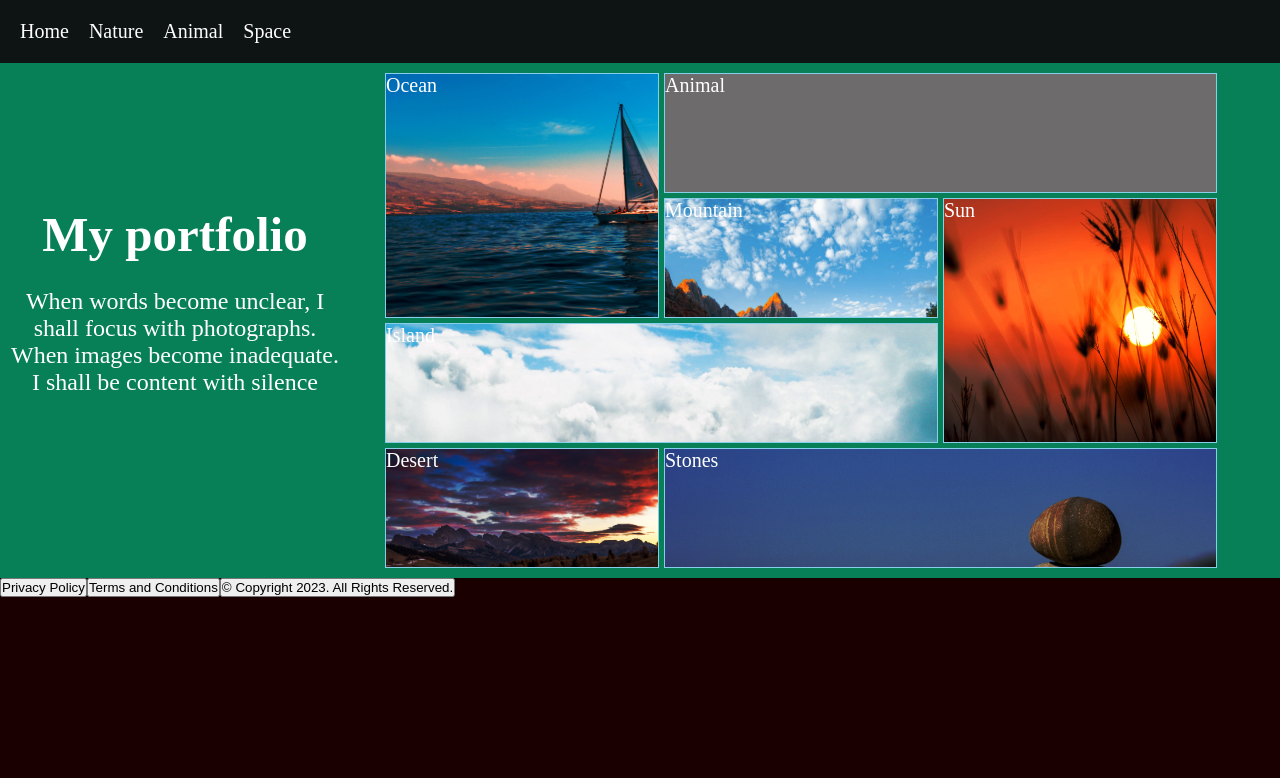
Repository: suraj-yadav7/03_Gallery_Portfolio
Page: index.html
An editor plug-in stored every save of this project. The page is shown before and after the next save, followed by the edit.
The browser window is 1280 px wide. The pictures show the whole page.
Pictures or frames that could not be fetched are drawn as grey boxes. Some web fonts or font styles are not loaded; a fallback is used.

Above is the page before, as saved 2023-02-14 21:21:32.

After the next save:
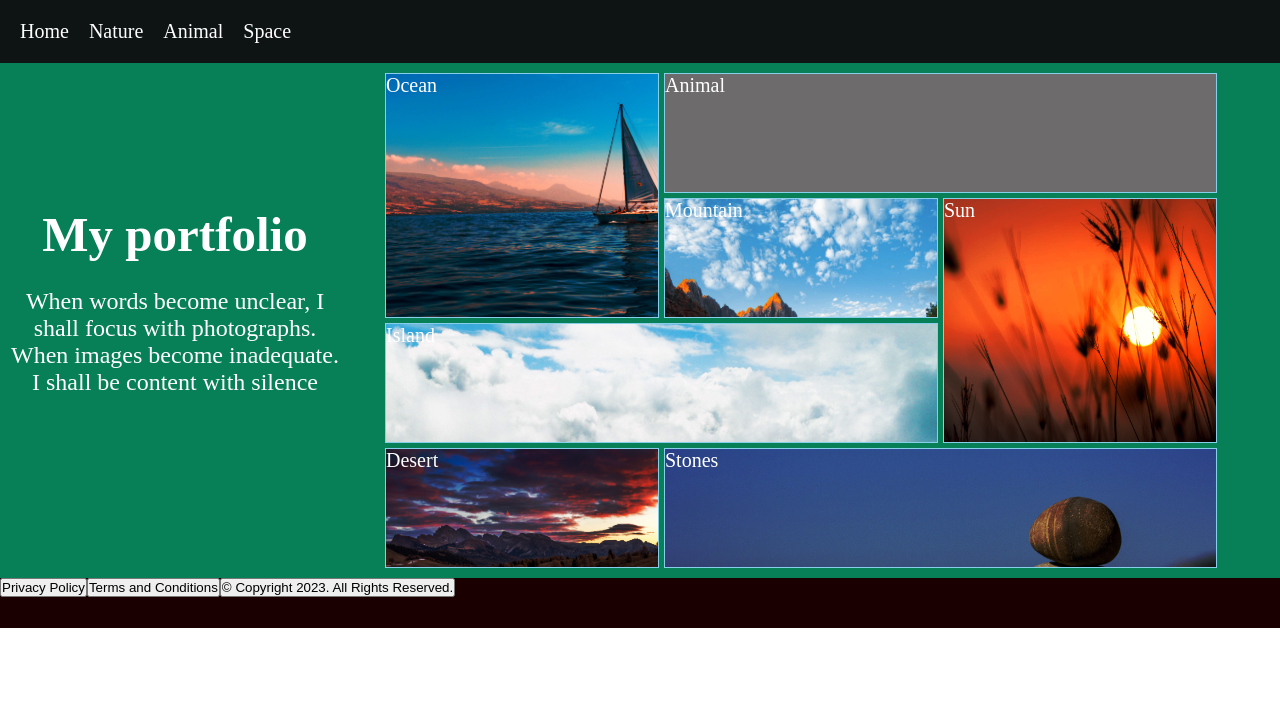
Saved 16 s later.
--- a/style.css
+++ b/style.css
@@ -143,7 +143,7 @@ a:hover{
 
 /* Footer */
 footer{
-    height: 200px;
+    height: 50px;
     max-width: 100%;
     background-color: #1a0000;
 }
